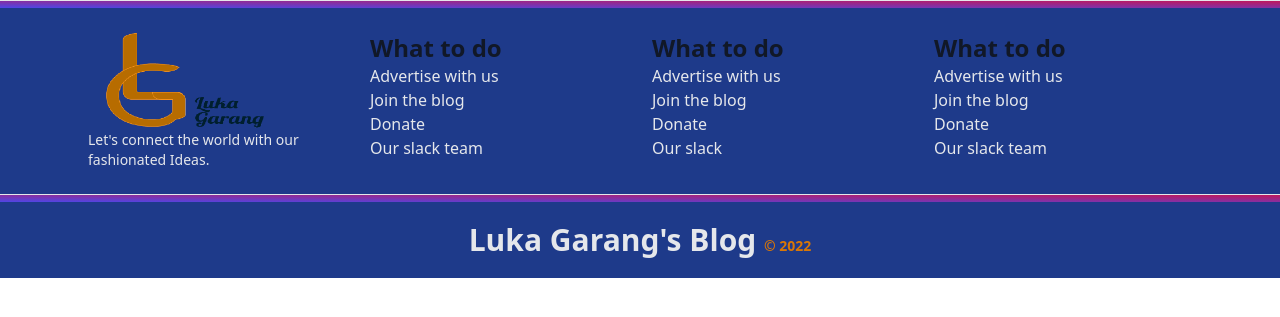
Repository: kenyi-mic/Luka_blog
Page: /footer
The author's editor kept a copy of each file at every save. The page is drawn from the files as they stood at one save, then again after the next save.
The browser window is 1280 px wide. The pictures show the whole page.
The project was rebuilt for these pictures with package versions that can differ from the ones it lists, and the page was loaded fresh each time. The framework's server and built-in components were replaced by stand-ins that run in the browser. Also part of the build but not shown: next.config.js.

Above is the page before, as saved 2022-04-19 10:11:29.

After the next save:
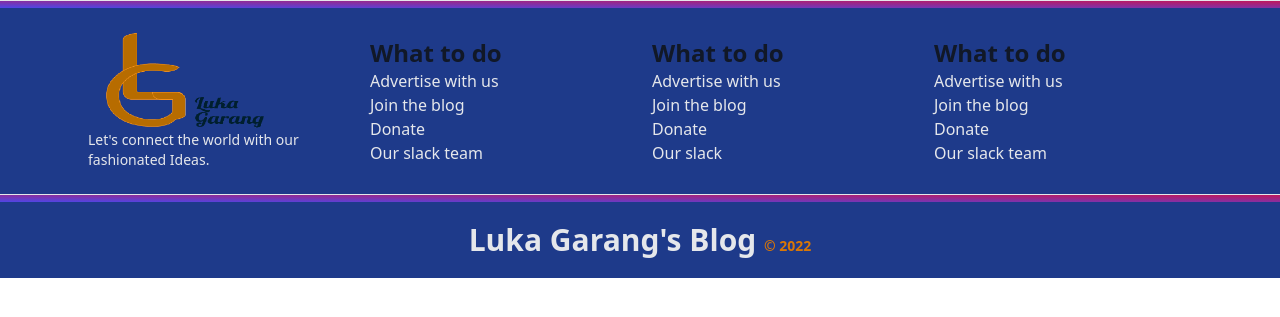
Saved 35 s later.
--- a/pages/footer.tsx
+++ b/pages/footer.tsx
@@ -4,7 +4,7 @@
   return (
     <div className="bg-blue-900">
        <hr className="w-full h-2 bg-gradient-to-tr from-indigo-600 to-pink-700"/>
-      <div className="grid grid-cols-1 sm:grid-cols-2 lg:grid-cols-4 gap-3 md:gap-6 p-2 md:p-6 max-w-6xl mx-auto sm:flex">
+      <div className="grid grid-cols-1 sm:grid-cols-2 lg:grid-cols-4 gap-3 md:gap-6 p-2 md:p-6 max-w-6xl mx-auto sm:flex sm:items-center">
        {/* first*/}
        <div  className="flex flex-1 flex-col">
          <img className="w-44" src="/logo.png" alt="logo" />
